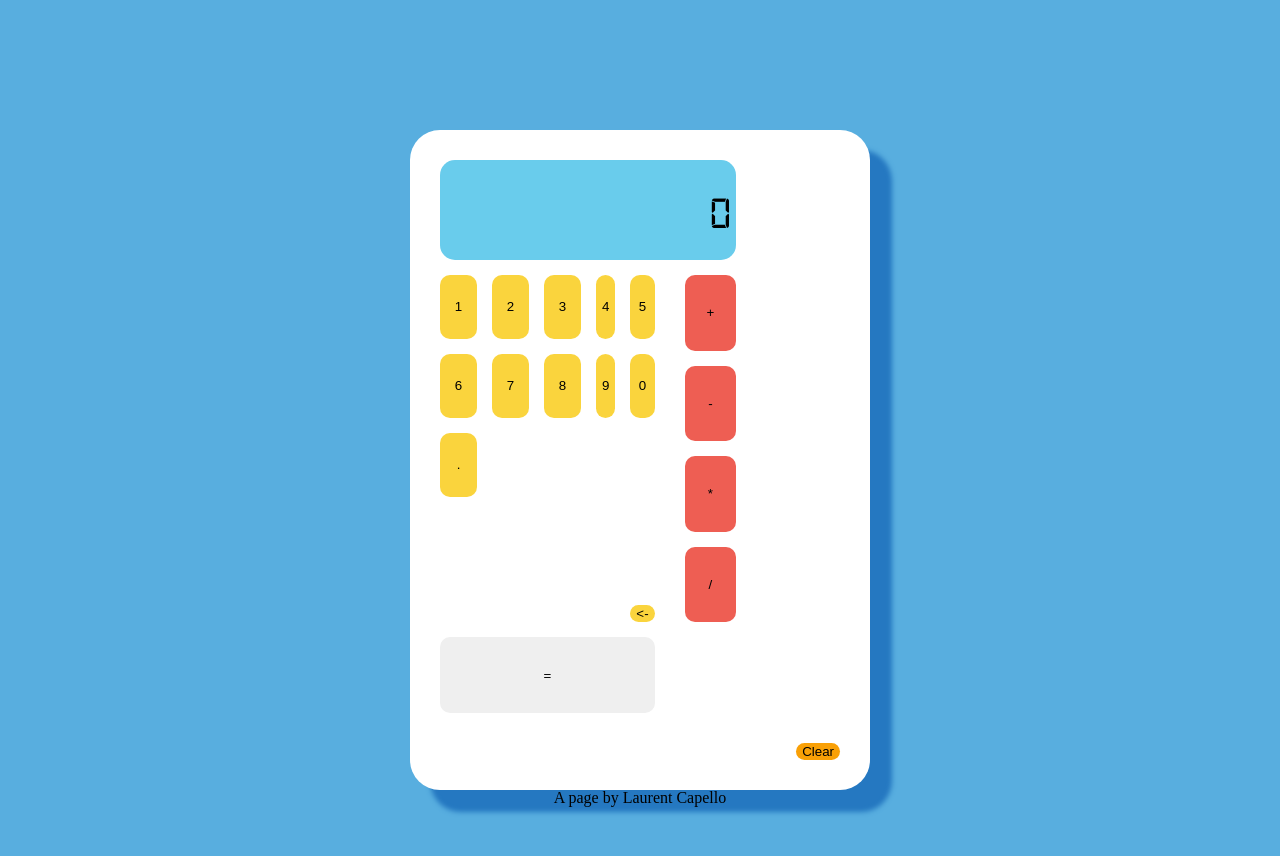
Repository: sokafootball/js-calculator
Page: index.html
An editor plug-in stored every save of this project. The page is shown before and after the next save, followed by the edit.
The browser window is 1280 px wide. The pictures show the whole page.

Above is the page before, as saved 2020-05-06 20:29:34.

After the next save:
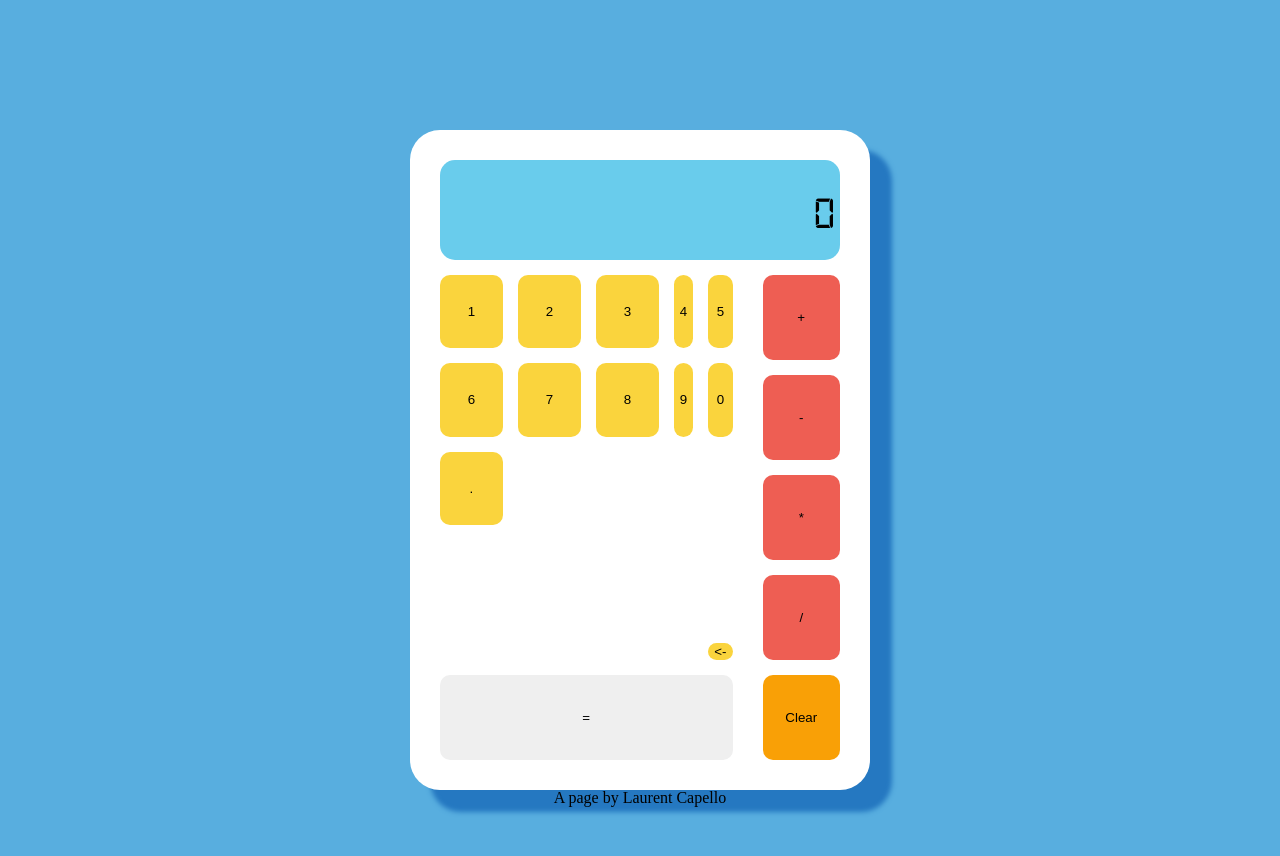
Saved 7 s later.
--- a/style.css
+++ b/style.css
@@ -60,7 +60,6 @@ body{
 
 #clear-button{
   background-color: hsl(38, 95%, 50%);
-  grid-area: clear;
 }
 
 #display{
